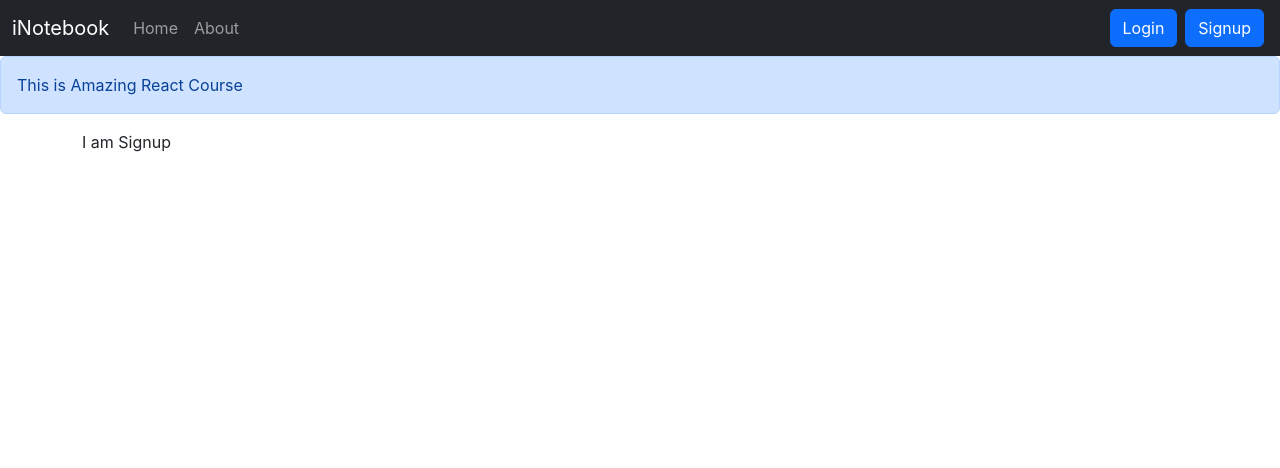
Repository: SatishPatil108/iNotebook-React
Page: /signup
These files come from the project's save history. The page is drawn as it stood at one moment and after the next save; the edit follows.
The browser window is 1280 px wide. The pictures show the whole page.
Some web libraries are served in a nearby version. The project was rebuilt for these pictures with package versions that can differ from the ones it lists, and the page was loaded fresh each time. Also part of the build but not shown: src/App.css, src/components/AddNote.js, src/components/Noteitem.js, src/components/Notes.js, src/components/Home.js, src/components/About.js, src/components/Login.js.

Above is the page before, as saved 2022-08-02 14:20:41.

### public/index.html
<!DOCTYPE html>
<html lang="en">

<head>
  <meta charset="utf-8" />
  <link rel="icon" href="%PUBLIC_URL%/favicon.ico" />
  <meta name="viewport" content="width=device-width, initial-scale=1" />
  <meta name="theme-color" content="#000000" />
  <meta name="description" content="Web site created using create-react-app" />
  <link rel="apple-touch-icon" href="%PUBLIC_URL%/logo192.png" />

  <link rel="manifest" href="%PUBLIC_URL%/manifest.json" />
  <link href="https://cdn.jsdelivr.net/npm/bootstrap@5.2.0/dist/css/bootstrap.min.css" rel="stylesheet"
    integrity="sha384-gH2yIJqKdNHPEq0n4Mqa/HGKIhSkIHeL5AyhkYV8i59U5AR6csBvApHHNl/vI1Bx" crossorigin="anonymous">

  <title>iNotebook - Your Notes Secured in the Cloud</title>
</head>

<body>
  <noscript>You need to enable JavaScript to run this app.</noscript>
  <div id="root"></div>
  <script src="https://kit.fontawesome.com/e892c3092d.js" crossorigin="anonymous"></script>
  <script src="https://cdn.jsdelivr.net/npm/@popperjs/core@2.11.5/dist/umd/popper.min.js"
    integrity="sha384-Xe+8cL9oJa6tN/veChSP7q+mnSPaj5Bcu9mPX5F5xIGE0DVittaqT5lorf0EI7Vk"
    crossorigin="anonymous"></script>
  <script src="https://cdn.jsdelivr.net/npm/bootstrap@5.2.0/dist/js/bootstrap.min.js"
    integrity="sha384-ODmDIVzN+pFdexxHEHFBQH3/9/vQ9uori45z4JjnFsRydbmQbmL5t1tQ0culUzyK"
    crossorigin="anonymous"></script>

</body>

</html>

### src/App.js
import './App.css';
import {
  BrowserRouter as Router,
  Routes,
  Route
} from "react-router-dom";
import Navbar from './components/Navbar';
import Home from './components/Home';
import About from './components/About';
import NoteState from './context/notes/NoteState';
import { Alert } from './components/Alert';
import Login from './components/Login';
import Signup from './components/Signup';

function App() {
  return (
    <>
      <NoteState>
        <Router>
          <Navbar />
          <Alert message="This is Amazing React Course" />
          <div className="container">
            <Routes>
              <Route exact path="/" element={<Home />}></Route>
              <Route exact path="/about" element={<About />}></Route>
              <Route exact path="/login" element={<Login />}></Route>
              <Route exact path="/signup" element={<Signup />}></Route>
            </Routes>
          </div>
        </Router>
      </NoteState>
    </>
  );
}

export default App;

### src/components/Navbar.js
import React from 'react'
import { Link, useLocation } from "react-router-dom";

const Navbar = () => {

    let location = useLocation();

    return (
        <div>
            <nav className="navbar navbar-expand-lg navbar-dark  bg-dark">
                <div className="container-fluid">
                    <Link className="navbar-brand" to="/">iNotebook</Link>
                    <button className="navbar-toggler" type="button" data-bs-toggle="collapse" data-bs-target="#navbarSupportedContent" aria-controls="navbarSupportedContent" aria-expanded="false" aria-label="Toggle navigation">
                        <span className="navbar-toggler-icon"></span>
                    </button>
                    <div className="collapse navbar-collapse" id="navbarSupportedContent">
                        <ul className="navbar-nav me-auto mb-2 mb-lg-0">
                            <li className="nav-item">
                                <Link className={`nav-link ${location.pathname === "/" ? "active" : ""}`} aria-current="page" to="/">Home</Link>
                            </li>
                            <li className="nav-item">
                                <Link className={`nav-link ${location.pathname === "/about" ? "active" : ""}`} to="/about">About</Link>
                            </li>
                        </ul>
                        <form className="d-flex">
                            <Link className="btn btn-primary mx-1" to="/login" role="button">Login</Link>
                            <Link className="btn btn-primary mx-1" to="/signup" role="button">Signup</Link>
                        </form>
                    </div>
                </div>
            </nav>
        </div>
    )
}

export default Navbar

### src/context/notes/NoteState.js
import NoteContext from "./noteContext";
import { useState } from "react";

const NoteState = (props) => {
    const host = "http://localhost:5000";
    const notesInitial = []

    const [notes, setNotes] = useState(notesInitial)

    // Get All Notes
    const getNotes = async () => {
        // API  Call
        const response = await fetch(`${host}/api/notes/fetchallnotes`, {
            method: 'GET',
            headers: {
                'Accept': 'application/json',
                'Content-Type': 'application/json',
                "auth-token": "eyJhbGciOiJIUzI1NiIsInR5cCI6IkpXVCJ9.eyJ1c2VyIjp7ImlkIjoiNjJkYTM1NDdlNWM1ODE5OTQ0MDJhNDI0In0sImlhdCI6MTY1ODQ3MDg1Nn0.W1eGNrZ7Yg9gfobUoEM5HJCjRkO2B-m3WV_j7U6Bc_g",
            },
        });

        const json = await response.json();
        console.log(json);
        setNotes(json);
    }

    // Add a Note
    const addNote = async (title, description, tag) => {
        // API Call
        const response = await fetch(`${host}/api/notes/addnote`, {
            method: 'POST',
            headers: {
                'Accept': 'application/json',
                'Content-Type': 'application/json',
                "auth-token": "eyJhbGciOiJIUzI1NiIsInR5cCI6IkpXVCJ9.eyJ1c2VyIjp7ImlkIjoiNjJkYTM1NDdlNWM1ODE5OTQ0MDJhNDI0In0sImlhdCI6MTY1ODQ3MDg1Nn0.W1eGNrZ7Yg9gfobUoEM5HJCjRkO2B-m3WV_j7U6Bc_g",
            },
            body: JSON.stringify({ title, description, tag })
        });

        const note = await response.json();
        setNotes(notes.concat(note));
    }

    // Delete a Note
    const deleteNote = async (id) => {
        // API Call
        const response = await fetch(`${host}/api/notes/deletenote/${id}`, {
            method: 'DELETE',
            headers: {
                'Accept': 'application/json',
                'Content-Type': 'application/json',
                "auth-token": "eyJhbGciOiJIUzI1NiIsInR5cCI6IkpXVCJ9.eyJ1c2VyIjp7ImlkIjoiNjJkYTM1NDdlNWM1ODE5OTQ0MDJhNDI0In0sImlhdCI6MTY1ODQ3MDg1Nn0.W1eGNrZ7Yg9gfobUoEM5HJCjRkO2B-m3WV_j7U6Bc_g"
            }
        });
        const json = await response.json();
        console.log(json);

        const newNotes = notes.filter((note) => { return note._id !== id })
        setNotes(newNotes);
    }
    //  Edit a Note
    const editNote = async (id, title, description, tag) => {
        // API  Call
        const response = await fetch(`${host}/api/notes/updatenote/${id}`, {
            method: 'PUT',
            headers: {
                'Accept': 'application/json',
                'Content-Type': 'application/json',
                "auth-token": "eyJhbGciOiJIUzI1NiIsInR5cCI6IkpXVCJ9.eyJ1c2VyIjp7ImlkIjoiNjJkYTM1NDdlNWM1ODE5OTQ0MDJhNDI0In0sImlhdCI6MTY1ODQ3MDg1Nn0.W1eGNrZ7Yg9gfobUoEM5HJCjRkO2B-m3WV_j7U6Bc_g"
            },
            body: JSON.stringify({ title, description, tag })
        });
        const json = await response.json();
        console.log(json);

        // Logic to edit in Client
        for (let index = 0; index < notes.length; index++) {
            const element = notes[index];
            if (element._id === id) {
                element.title = title;
                element.description = description;
                element.tag = tag;
            }
        }
        getNotes();
    }


    return (
        <NoteContext.Provider value={{ notes, addNote, deleteNote, editNote, getNotes }}>
            {props.children}
        </NoteContext.Provider>
    )
}

export default NoteState;

### src/components/Alert.js
import React from 'react'

export const Alert = (props) => {
    return (
        <div className="alert alert-primary" role="alert">
            {props.message}
        </div>
    )
}

### src/components/Signup.js
import React from 'react'

const Signup = () => {
    return (
        <div>
            I am Signup
        </div>
    )
}

export default Signup

Loaded but not shown: src/index.js (common file); src/index.css (common file); src/context/notes/noteContext.js (common file)

After the next save:
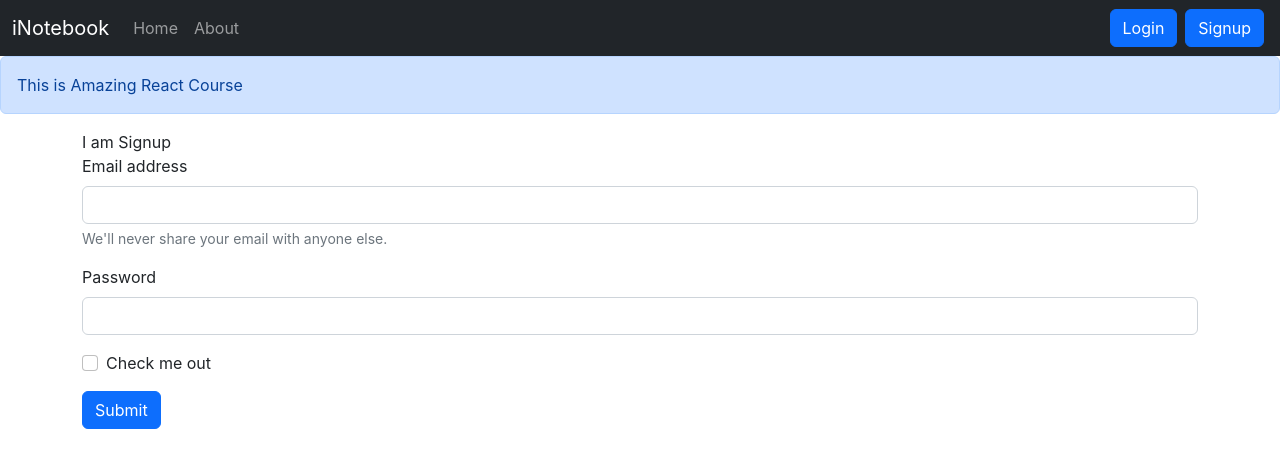
Saved 34 min 17 s later.
--- a/src/components/Signup.js
+++ b/src/components/Signup.js
@@ -4,6 +4,22 @@ const Signup = () => {
     return (
         <div>
             I am Signup
+            <form>
+                <div class="mb-3">
+                    <label for="exampleInputEmail1" class="form-label">Email address</label>
+                    <input type="email" class="form-control" id="exampleInputEmail1" aria-describedby="emailHelp" />
+                    <div id="emailHelp" class="form-text">We'll never share your email with anyone else.</div>
+                </div>
+                <div class="mb-3">
+                    <label for="exampleInputPassword1" class="form-label">Password</label>
+                    <input type="password" class="form-control" id="exampleInputPassword1" />
+                </div>
+                <div class="mb-3 form-check">
+                    <input type="checkbox" class="form-check-input" id="exampleCheck1" />
+                    <label class="form-check-label" for="exampleCheck1">Check me out</label>
+                </div>
+                <button type="submit" class="btn btn-primary">Submit</button>
+            </form>
         </div>
     )
 }
